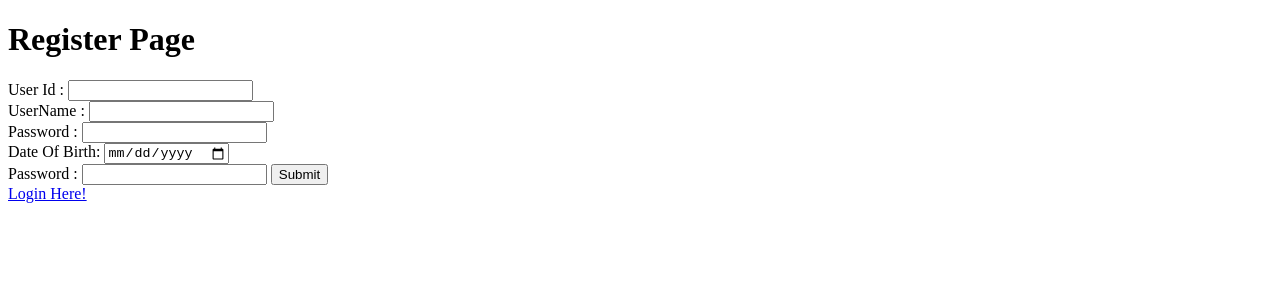
Repository: devgpta19/CDAC-Assignments
Page: http://localhost/CarVehicle/RegisterPage.jsp
These files come from the project's save history. The page is drawn as it stood at one moment and after the next save; the edit follows.
The browser window is 1280 px wide. The pictures show the whole page.
The page is served by Tomcat 9.

Above is the page before, as saved 2025-12-11 06:30:21.

After the next save:
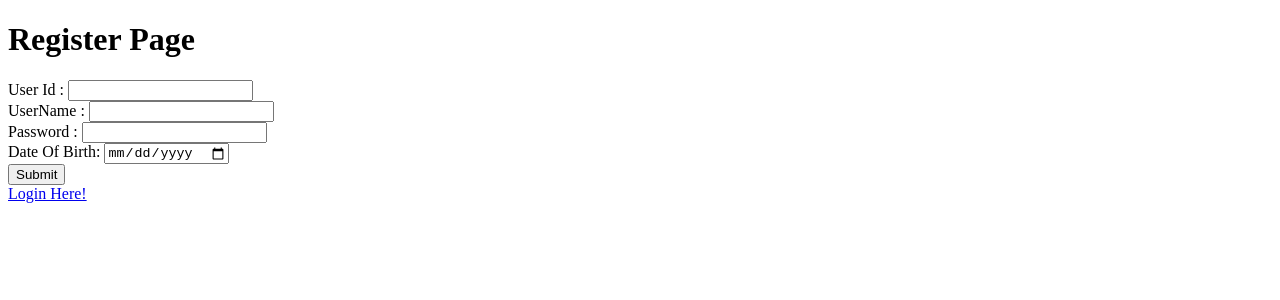
Saved 11 s later.
--- a/Adv.Java/Prac/CarVehicle/src/main/webapp/RegisterPage.jsp
+++ b/Adv.Java/Prac/CarVehicle/src/main/webapp/RegisterPage.jsp
@@ -31,11 +31,6 @@
 
 		<br>
 
-
-
-		<label for="pass" >Password : </label>
-		<input type="text" name="pass" id="pass" />
-
 		<button type="submit" name="btn" id="btn" >Submit</button>
 
 	</form>
